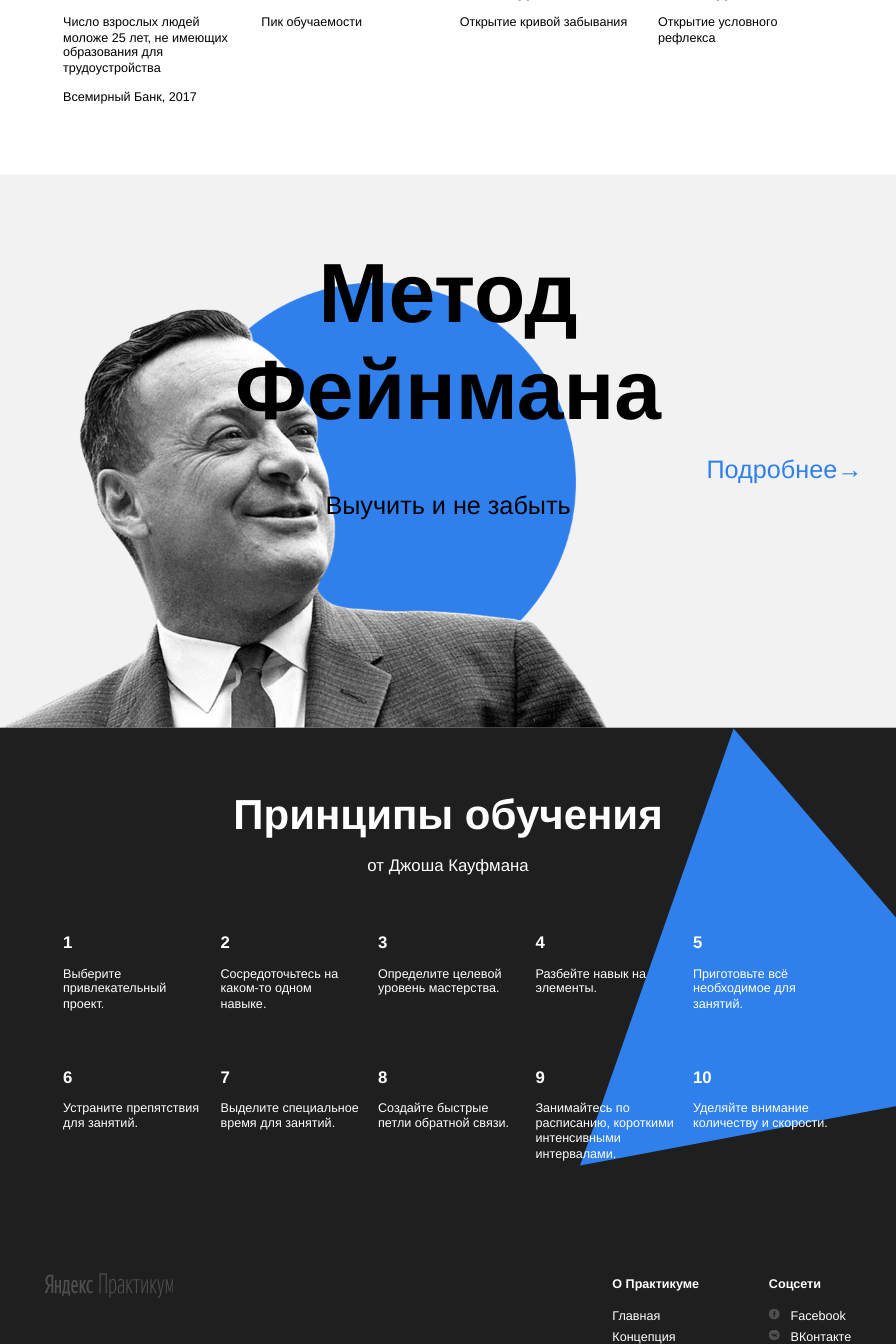
Repository: artemrgrs/how-to-learn
Page: index.html
These files come from the project's save history. The page is drawn as it stood at one moment and after the next save; the edit follows.
The browser window is 1280 px wide. The pictures show the part of the page from y = 1721 to 3641 px (the page is 3830 px tall before and 4020 px after), at 70% of full size.

Above is the page before, as saved 2020-12-25 10:51:49.

### index.html
<!DOCTYPE html>
<html lang="ru">
  <head>
    <meta charset="UTF-8">
    <meta name="viewport" content="width=device-width, initial-scale=1.0">
    <link rel="stylesheet" href="styles/normalize.css ">
    <link rel="stylesheet" href="styles/style.css">
    <title>Научиться учиться</title>
  </head>
  <body>
    <div class="page">
      <header class="header">
        <a class="logo logo_place_header" href="https://praktikum.yandex.ru/" target="_blank" rel="noopener"></a>
        <h1 class="header__title">Научиться учиться</h1>
        <p class="header__subtitle">Какие современные и эффективные подходы к обучению вы можете использовать в своей жизни?
          <a class="header__link" href="#">Узнать&rarr;</a>
        </p>
        <div class="header__main-illustration"></div>
        <div class="header__square-pic"></div>
      </header>
      <main class="content">
        <section class="description">
          <div class="two-columns">
            <h2 class="two-columns__brief">Главные проблемы в обучении</h2>
            <div class="two-columns__main-text">
              <p class="two-columns__paragraph">Ни в школе, ни в институте нас не учат тому, как правильно изучать материал.
                Мы готовимся к экзаменам и учим билеты. Мы тренируемся решать однообразные задачи, чтобы лучше сдать тест,
                но часто в итоге это не дает нам реального знания. Зубрежка быстро выветривается и не приносит пользы.</p>
              <p class="two-columns__paragraph"><span class="two-columns__span-accent">Вывод:</span>учиться
                тоже нужно уметь, но почему-то этому мало где учат. Что с этим делать?</p>
              <p class="two-columns__paragraph">Конкретные техники и упражнения помогают изменить подход
                к обучению, сделать его эффективным и захватывающим. Эти же техники применяются на примере обучения в Практикуме.</p>
            </div>
          </div>
        </section>
        <section class="digits">
          <h2 class="section-title">Цифры и факты</h2>
          <p class="section-subtitle">Про учёбу и мозг</p>
          <div class="table">
            <div class="table__cell">
              <h3 class="table__heading">86 миллиардов</h3>
              <p class="table__text">Число нейронов в мозге человека</p>
            </div>
            <div class="table__cell">
              <h3 class="table__heading">2.1 миллиарда</h3>
              <p class="table__text">Число нуждающихся в повышении квалификации</p>
              <p class="table__text">Всемирный Банк, 2017</p>
            </div>
            <div class="table__cell">
              <h3 class="table__heading">1000 терабайт</h3>
              <h3 class="table__text">Объём памяти человека</h3>
            </div>
            <div class="table__cell">
              <h3 class="table__heading">500 триллионов</h3>
              <p class="table__text">Число ответственных за обучение нервных синапсов у взрослого человека</p>
            </div>
            <div class="table__cell">
              <h3 class="table__heading">420 миллионов</h3>
              <p class="table__text">Число взрослых людей моложе 25 лет, не имеющих образования для трудоустройства</p>
              <p class="table__text">Всемирный Банк, 2017</p>
            </div>
            <div class="table__cell">
              <h3 class="table__heading">17–20 лет</h3>
              <p class="table__text">Пик обучаемости</p>
            </div>
            <div class="table__cell">
              <h3 class="table__heading">1885 год</h3>
              <p class="table__text">Открытие кривой забывания</p>
            </div>
            <div class="table__cell">
              <h3 class="table__heading">1889 год</h3>
              <p class="table__text">Открытие условного рефлекса</p>
            </div>
          </div>
        </section>
        <section class="feynman">
          <h2 class="feynman__title">Метод Фейнмана</h2>
          <p class="feynman__subtitle">Выучить и не забыть</p>
          <a class="feynman__link" href="#">Подробнее&rarr;</a>
        </section>
        <section class="kaufman">
          <h2 class="section-title section-title_theme_dark">Принципы обучения</h2>
          <p class="section-subtitle section-subtitle_theme_dark">от Джоша Кауфмана</p>
          <div class="table table_theme_dark">
            <div class="table__cell table__cell_theme_dark">
              <h3 class="table__heading table__heading_theme_dark">1</h3>
              <p class="table__text table__text_theme_dark">Выберите привлекательный проект.</p>
            </div>
            <div class="table__cell table__cell_theme_dark">
              <h3 class="table__heading table__heading_theme_dark">2</h3>
              <p class="table__text table__text_theme_dark">Сосредоточьтесь на каком-то одном навыке.</p>
            </div>
            <div class="table__cell table__cell_theme_dark">
              <h3 class="table__heading table__heading_theme_dark">3</h3>
              <h3 class="table__text table__text_theme_dark">Определите целевой уровень мастерства.</h3>
            </div>
            <div class="table__cell table__cell_theme_dark">
              <h3 class="table__heading table__heading_theme_dark">4</h3>
              <p class="table__text table__text_theme_dark">Разбейте навык на элементы.</p>
            </div>
            <div class="table__cell table__cell_theme_dark">
              <h3 class="table__heading table__heading_theme_dark">5</h3>
              <p class="table__text table__text_theme_dark">Приготовьте всё необходимое для занятий.</p>
            </div>
            <div class="table__cell table__cell_theme_dark">
              <h3 class="table__heading table__heading_theme_dark">6</h3>
              <p class="table__text table__text_theme_dark">Устраните препятствия для занятий.</p>
            </div>
            <div class="table__cell table__cell_theme_dark">
              <h3 class="table__heading table__heading_theme_dark">7</h3>
              <p class="table__text table__text_theme_dark">Выделите специальное время для занятий.</p>
            </div>
            <div class="table__cell table__cell_theme_dark">
              <h3 class="table__heading table__heading_theme_dark">8</h3>
              <p class="table__text table__text_theme_dark">Создайте быстрые петли обратной связи.</p>
            </div>
            <div class="table__cell table__cell_theme_dark">
              <h3 class="table__heading table__heading_theme_dark">9</h3>
              <p class="table__text table__text_theme_dark">Занимайтесь по расписанию, короткими интенсивными интервалами.</p>
            </div>
            <div class="table__cell table__cell_theme_dark">
              <h3 class="table__heading table__heading_theme_dark">10</h3>
              <p class="table__text table__text_theme_dark">Уделяйте внимание количеству и скорости.</p>
            </div>
          </div>
          <div class="kaufman__triangle"></div>
        </section>
      </main>
      <footer class="footer">
        <div class="footer__columns">
          <div class="footer__column footer__column_content_copyright">
            <div class="logo logo_place_footer"></div>
            <p class="footer__author">&copy;
            2020, Вахитов Артем</p>
          </div>
            <nav class="footer__column footer__column_content_info">
              <h2 class="footer__column-heading">О Практикуме
              </h2>
                <div class="footer__column-links">
                  <a class="footer__column-link" href="https://praktikum.yandex.ru/" target="_blank" rel="noopener">Главная</a>
                  <a class="footer__column-link" href="https://yandex.ru/support/praktikum/index.html" target="_blank" rel="noopener">Концепция</a>
                  <a class="footer__column-link" href="https://praktikum.yandex.ru/promo/mentors-school" target="_blank" rel="noopener">Наставники</a>
                </div>
            </nav>
            <div class="footer__column footer__column_content_social">
                <h2 class="footer__social-heading">Соцсети
                </h2>
              <div class="footer__column-links">
                <a class="footer__column-link" href="https://www.facebook.com/yandex.praktikum/" target="_blank" rel="noopener">
                  <img class="footer__social-icon" src="images/facebook_color_white.svg" alt="Facebook icon">
                    Facebook
                </a>
                <a class="footer__column-link" href="https://vk.com/yandex.praktikum" target="_blank" rel="noopener">
                  <img class="footer__social-icon" src="images/vk_color_white.svg" alt="VKontakte icon">
                  ВКонтакте
                </a>
                <a class="footer__column-link" href="https://www.instagram.com/yndx.praktikum/?hl=ru" target="_blank" rel="noopener">
                  <img class="footer__social-icon" src="images/instagram_color_white.svg" alt="Istagram icon">
                  Instagram
                </a>
              </div>
            </div>
        </div>
      </footer>
    </div>
  </body>
</html>

### styles/style.css
.page {
  min-width: 1100px;
  /* мы ещё не умеем делать мобильную версию сайта, */
  /* поэтому выше установлена минимальная ширина страницы */
  max-width: 1600px;
  /* выше установили ограничение по максимальной ширине */
  margin: 0 auto;
  /* выше для экранов больше 1600px отцентрировали весь контент */
  font-family: 'Helvetica Neue', Arial, sans-serif;
}

.header {
  display: flex;
  height: 100vh;
  /* выше установили ограничения для секции */
  min-height: 600px;
  max-height: 756px;
  position: relative;
  flex-direction: column;
  justify-content: center;
  background-color: #f2f2f2;
}

.logo {
  width: 183px;
}

.logo_place_header {
  height: 32px;
  position: absolute;
  top: 30px;
  left: 64px;
  background-image: url('../images/logo_place_header.svg');
}

.header__title {
  width: 730px;
  font-size: 102px;
  font-weight: bold;
  line-height: 96px;
  margin-top: 0;
  margin-right: 0;
  margin-bottom: 0;
  margin-left: 64px;
  z-index: 2;
}

.header__subtitle {
  width: 388px;
  position: absolute;
  left: 64px;
  bottom: 30px;
  z-index: 2;
  line-height: 25px;
  font-size: 18px;
  margin: 0;
}

.header__link {
  color: #2f80ed;
  text-decoration: none;
}

.header__main-illustration {
  background-image: url("../images/header-image.png");
  background-size: cover;
  background-position: center;
  background-repeat: no-repeat;
  width: 765px;
  height: 608px;
  position: absolute;
  bottom: 0;
  right: 0;
  z-index: 1;
  margin: 0;
}

/* ниже мы привели пример двух селекторов, чтобы вы вспомнили запись элемента */
.header__square-pic {
  height: 568px;
  width: 568px;
  background-color: #2f80ed;
  position: absolute;
  right: 0;
  top: 64px;
}

.description {
  margin-left: auto;
  margin-right: auto;
}

.two-columns {
  width: 80%;
  min-width: 784px;
  display: flex;
  margin-left: auto;
  margin-right: auto;
  margin-top: 100px;
}

.two-columns__brief {
  min-width: 175px;
  line-height: 1.2;
  font-size: 18px;
  font-weight: normal;
  color: #2f80ed;
  margin:0;
}

.two-columns__main-text {
  width: 80%;
  min-width: 784px;
  display: flex;
  flex-direction: column;
  justify-content: space-between;
}

.two-columns__paragraph {
  line-height: 34px;
  font-size: 24px;
  font-weight: normal;
  display: block;
  margin: 0 0 30px 0;
}

.two-columns__paragraph:last-child {
  margin: 0;
}

.two-columns__span-accent {
  font-weight: bold;
}

.digits {
  display: flex;
  flex-direction: column;
  align-items: center;
  text-align: center;
}

.section-title {
  line-height: 1.15;
  font-size: 60px;
  font-weight: bold;
  margin-top: 100px;
  margin-bottom: 0;
  width: 60%;
}

.section-subtitle {
  line-height: 34px;
  font-size: 24px;
  font-weight: normal;
  margin-top: 20px;
  margin-bottom: 0;
  width: 60%;
}

.table {
  display: flex;
  flex-wrap: wrap;
  justify-content: space-between;
  width: 1100px;
  margin: 0 auto 100px;
  text-align: left;
}

.table__cell {
  width: 250px;
}

.table__heading {
  line-height: 1.15;
  font-size: 24px;
  font-weight: bold;
  padding-top: 60px;
  padding-left: 0;
  padding-right: 0;
  padding-bottom: 0;
  margin: 0;
}

.table__text {
  line-height: 1.2;
  font-size: 18px;
  font-weight: normal;
  padding-top: 20px;
  padding-left: 0;
  padding-bottom: 0;
  padding-right: 0;
  margin: 0;
  vertical-align: text-top;
}

.feynman {
  min-height: 790px;
  background-image: url('../images/feynman.png');
  background-repeat: no-repeat;
  background-position: 0 100%;
  background-size: 867px 637px;
  align-items: center;
  display: flex;
  flex-direction: column;
  position: relative;
  background-color: #f2f2f2;
}

.feynman__title {
  width: 648px;
  margin: 0;
  line-height: 1.15;
  font-size: 120px;
  font-weight: bold;
  text-align: center;
  margin-top: 100px;
}

.feynman__subtitle {
  line-height: 51px;
  font-size: 36px;
  font-weight: normal;
  margin: 0;
  margin-top: 70px;
}

.feynman__link {
  line-height: 51px;
  font-size: 36px;
  font-weight: normal;
  position: absolute;
  top: 50%;
  right: 48px;
  text-decoration: none;
  color: #2f80ed;
}

.kaufman {
  display: flex;
  flex-direction: column;
  align-items: center;
  text-align: center;
  background-color: #1f1f1f;
  position: relative;
  overflow: hidden;
}

.section-title_theme_dark {
  margin-top: 90px;
  color: white;
  z-index: 2;
}

.section-subtitle_theme_dark {
  margin-top: 20px;
  color: white;
  z-index: 2;
}

.table_theme_dark {
  z-index: 2;
}

/* и элемента с модификатором вида ключ-значение */
.table__cell_theme_dark {
  width: 200px;
  color: white;
  margin-right: 0;
  margin-top: 80px;
}

.table__heading_theme_dark {
  padding-top: 0;
}

.table__text_theme_dark {
  padding-top: 20px;
}

.kaufman__triangle {
  position: absolute;
  right: -210px;
  width: 877px;
  height: 877px;
  background-image: url('../images/kaufman-triangle.svg');
  background-size: contain;
}

.footer {
  background-color: #1f1f1f;
  min-height: 350px;
  padding-top: 60px;
  padding-bottom: 40px;
  padding-right: 0;
  padding-left: 0;
  display: flex;
  box-sizing: border-box;
}

.footer__columns {
  display: flex;
  width: 90%;
  margin: 0 auto;
  justify-content: space-between;
}

.footer__column {
  display: flex;
  flex-direction: column;
}

.footer__column_content_copyright {
  justify-content: space-between;
  flex-basis: 711px;
}

.logo_place_footer {
  height: 35px;
  background-image: url('../images/logo_place_footer.svg');
  background-repeat: no-repeat;
}

.footer__author {
  margin: 18px 0;
  line-height: 25px;
  font-size: 18px;
  font-weight: normal;
  color: white;
  display: inline-block;
}

/*.footer__column_content_info {

}*/

.footer__column-heading {
  line-height: 30px;
  font-size: 18px;
  font-weight: bold;
  color: white;
  margin: 0;
}

.footer__column-links {
  display: flex;
  flex-direction: column;
  line-height: 30px;
  font-size: 18px;
  font-weight: normal;
  color: white;
  margin-top: 20px;
  margin-top: 16px;
}

.footer__column-link {
  line-height: 30px;
  font-size: 18px;
  font-weight: normal;
  color: white;
  text-decoration: none;
}

.footer__column_content_social {
  line-height: 30px;
  font-size: 18px;
  font-weight: normal;
  color: white;
}

.footer__social-heading {
  line-height: 30px;
  font-size: 18px;
  font-weight: bold;
  color: white;
  margin: 0;
}

.footer__social-icon {
  width: 16px;
  height: 16px;
  margin-right: 10px;
}

/*just a comment to commit*/

Loaded but not shown: styles/normalize.css (library)

After the next save:
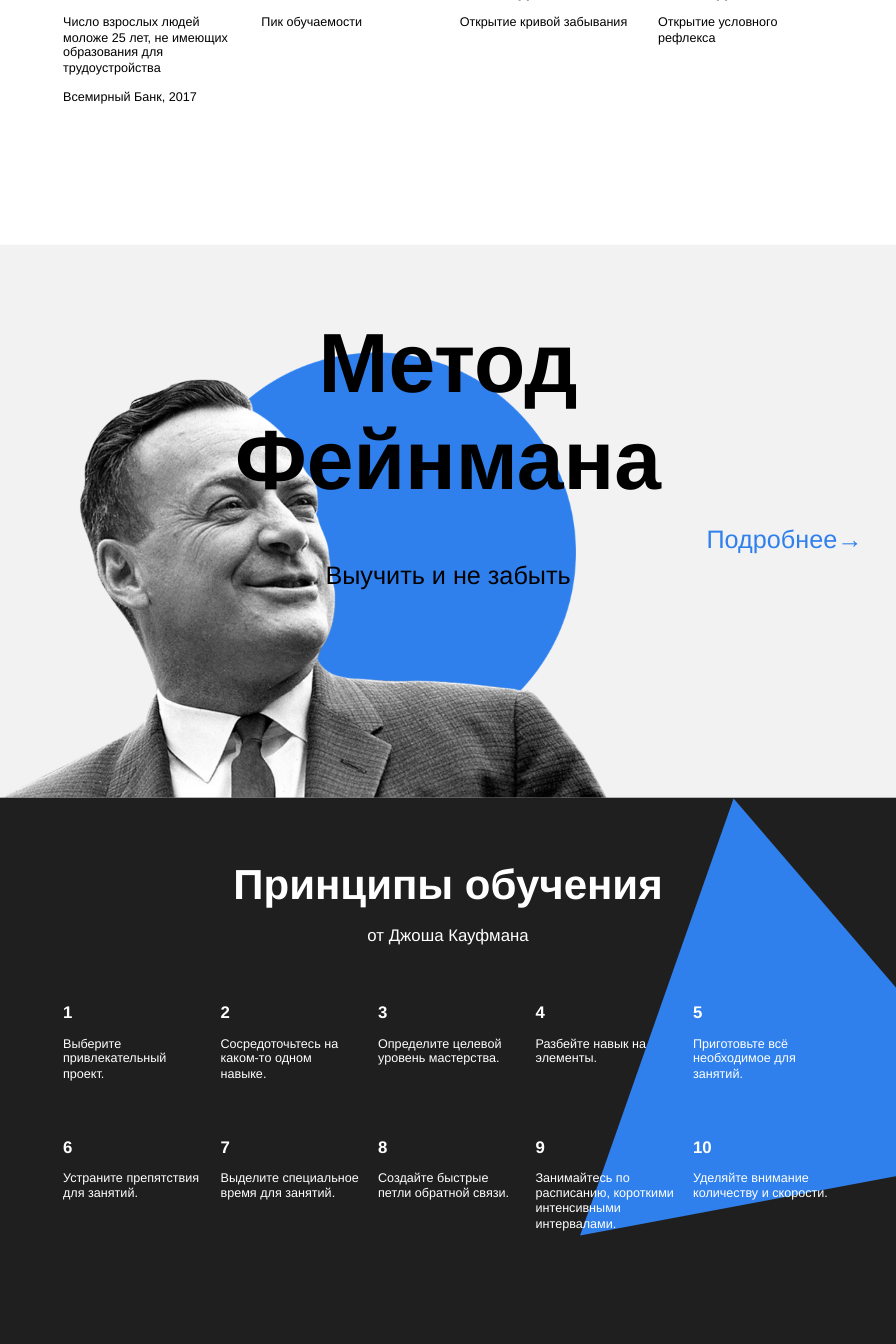
Saved 3 min 33 s later.
--- a/styles/style.css
+++ b/styles/style.css
@@ -137,6 +137,7 @@
   flex-direction: column;
   align-items: center;
   text-align: center;
+  padding-bottom: 100px;
 }
 
 .section-title {
@@ -243,6 +244,7 @@
   background-color: #1f1f1f;
   position: relative;
   overflow: hidden;
+  padding-bottom: 90px;
 }
 
 .section-title_theme_dark {
